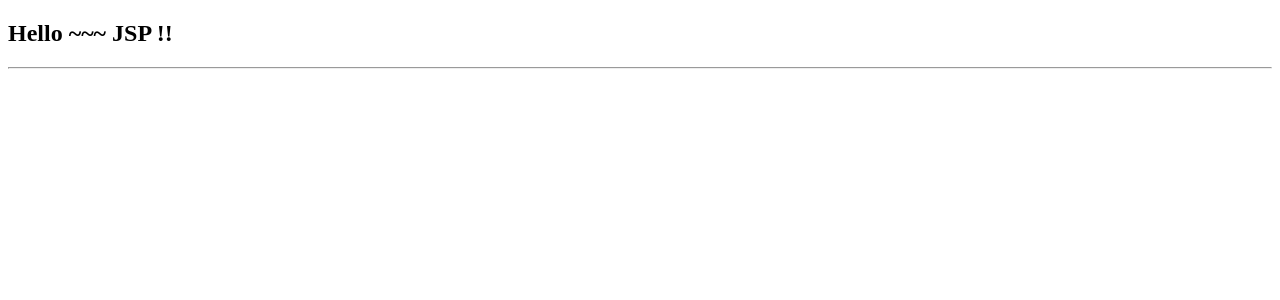
Repository: BbongLee/JSPstudy
Page: http://localhost/StartJSP/
An editor plug-in stored every save of this project. The page is shown before and after the next save, followed by the edit.
The browser window is 1280 px wide. The pictures show the whole page.
The page is served by Tomcat 9.

Above is the page before, as saved 2018-03-08 04:41:54.

After the next save:
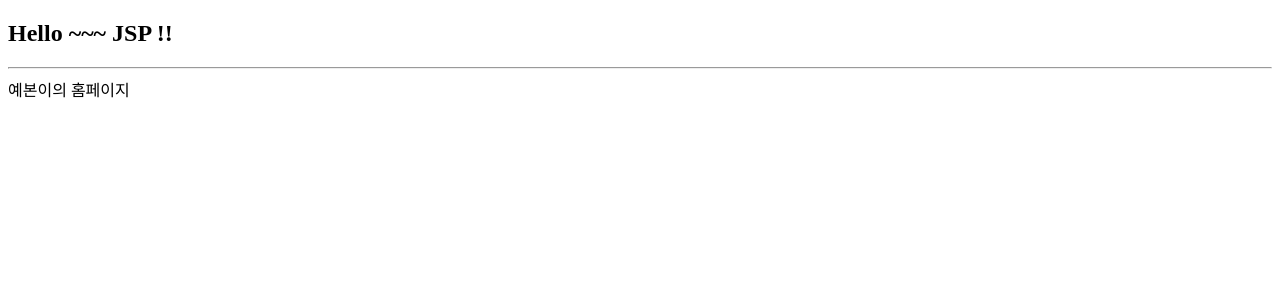
Saved 4 min 20 s later.
--- a/StartJSP/WebContent/index.jsp
+++ b/StartJSP/WebContent/index.jsp
@@ -9,5 +9,6 @@
 <body>
 <h2>Hello ~~~ JSP !!</h2>
 <hr/>
+<%= "예본이의 홈페이지"%>
 </body>
 </html>
